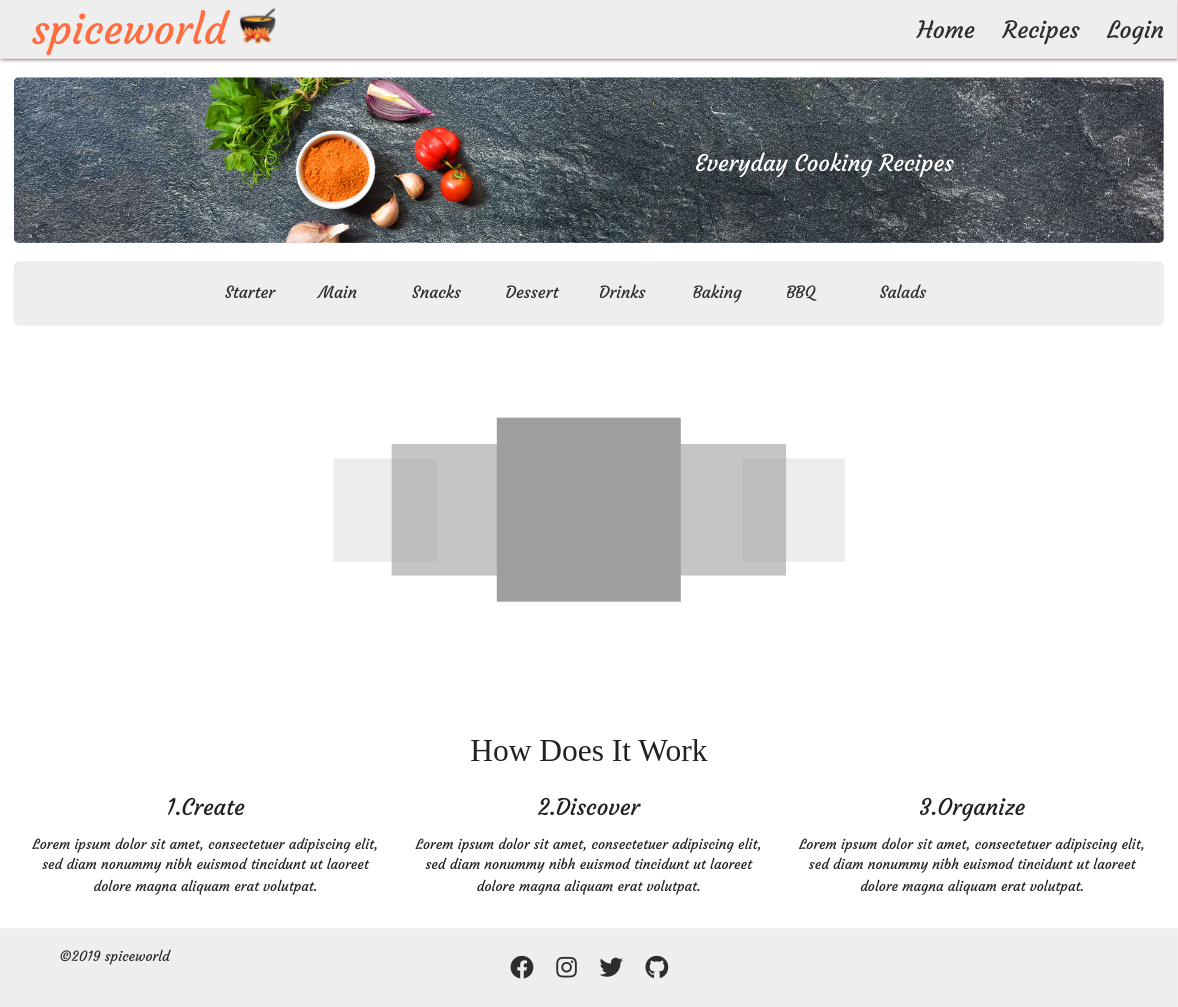
Repository: stephyraju/spiceworld
Page: http://localhost/
The author's editor kept a record of every edit. The page is drawn from the files as they stood at one moment, then again after the next edit.
The browser window is 1280 px wide. The pictures show the whole page, at 92% of full size.
Pictures or frames that could not be fetched are drawn as grey boxes. Some web libraries are served in a nearby version. The page is served by the project's application, run on Flask 3 (app.py). Queries for data that is not in the repository find no rows.

Above is the page before.

After the next edit:
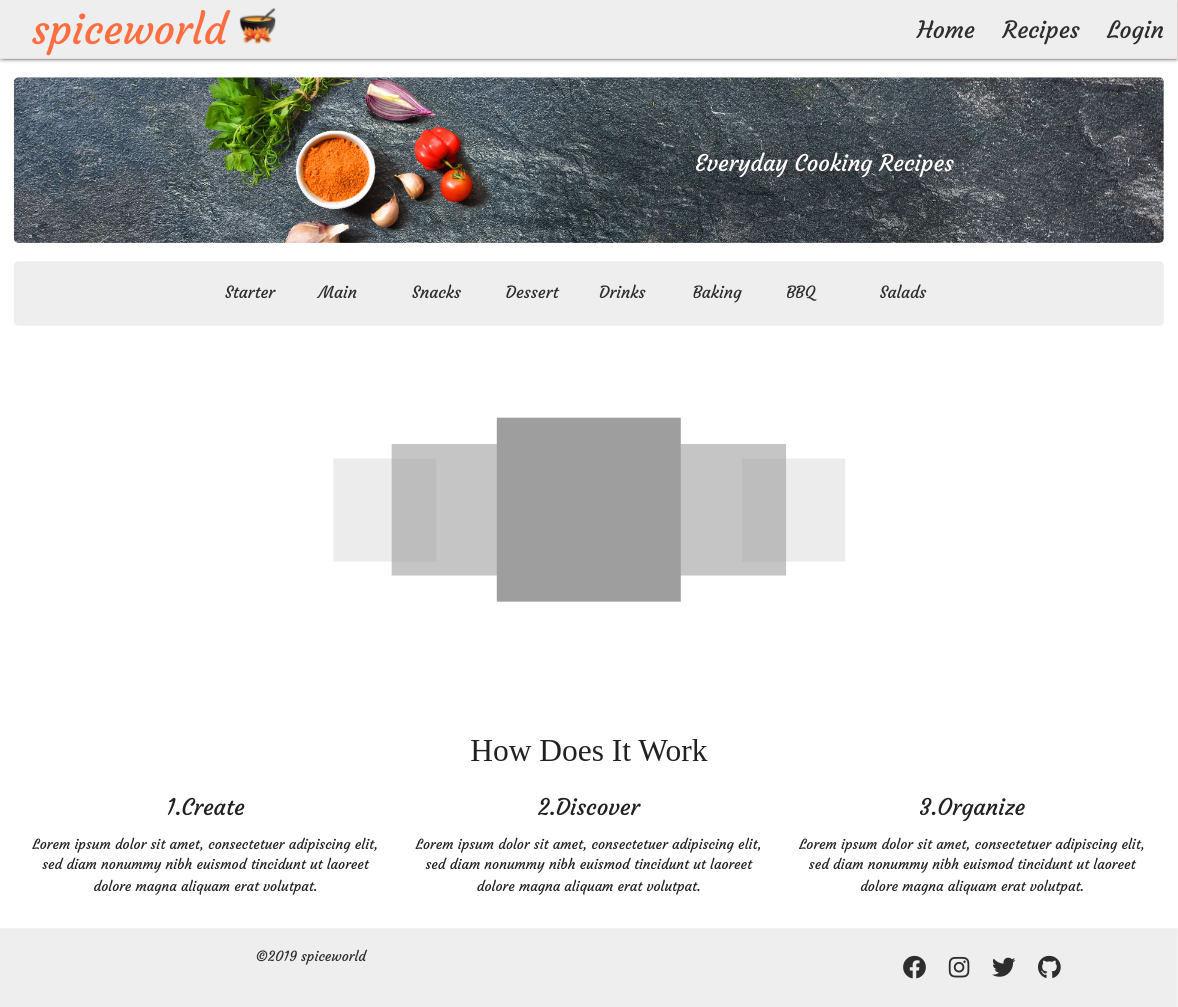
The edit:
--- a/templates/base.html
+++ b/templates/base.html
@@ -56,7 +56,7 @@
         <div class="col s5 m4">
           <div>&copy;2019 spiceworld</div>
         </div>
-        <div class="col s7">
+        <div class="col s7 m3">
                     <a href="https://www.facebook.com/" target="_blank"><i class="fab fa-facebook social-icon"></i></a>
                     <a href="https://www.instagram.com/" target="_blank"><i class="fab fa-instagram social-icon"></i></a>
                     <a href="https://www.twitter.com/" target="_blank"><i class="fab fa-twitter social-icon"></i></a>
